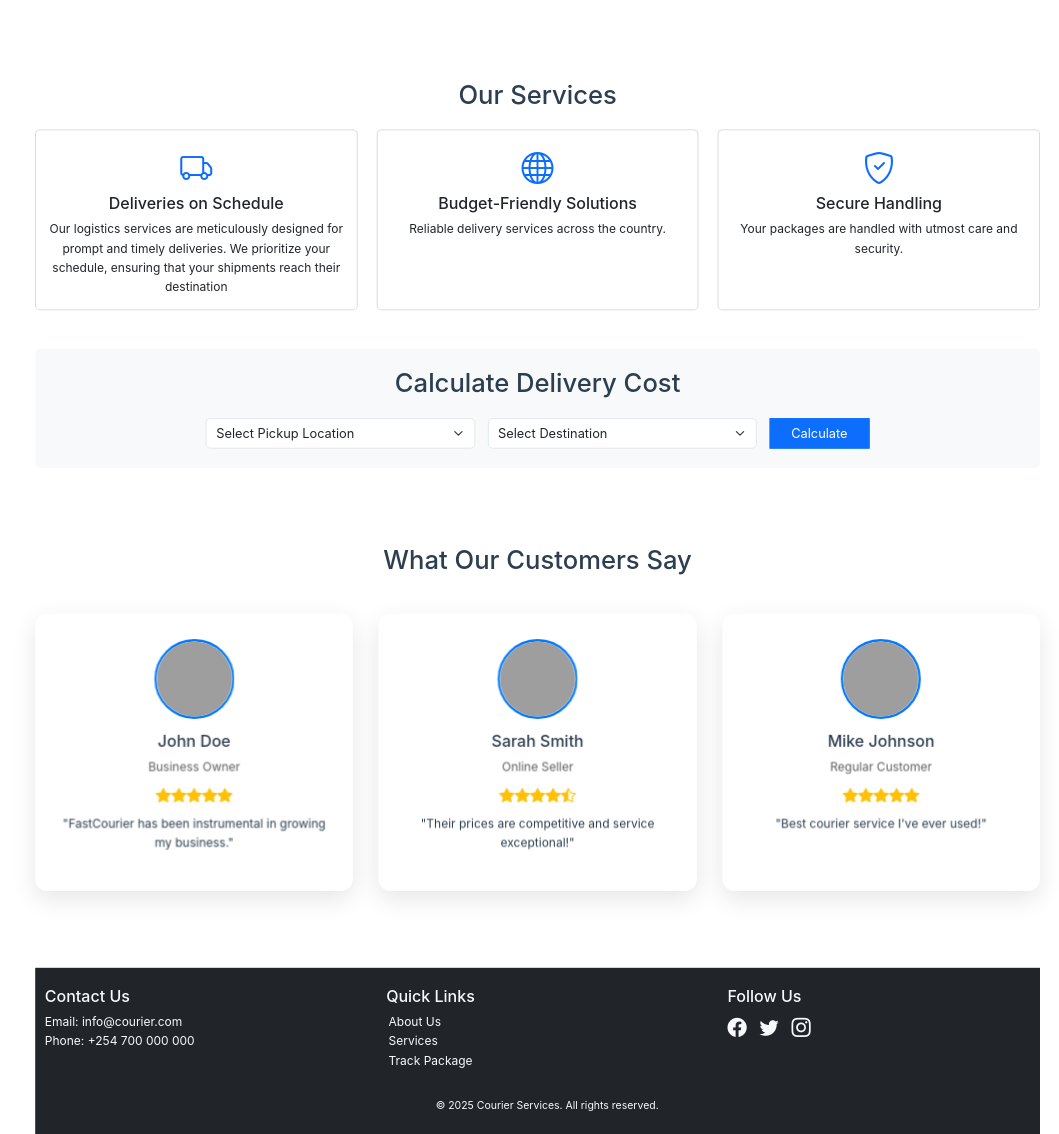
Repository: stancillous/package-yangu-logistics
Page: /
These files come from the project's save history. The page is drawn as it stood at one moment and after a run of saves; the edit follows.
The browser window is 1280 px wide. The page is 1324 px wide, so the pictures cover 1324 px, including what lies to the right of the window. The pictures show the part of the page from y = 676 to 2094 px (the page is 2094 px tall), at 80% of full size.
Pictures or frames that could not be fetched are drawn as grey boxes. The project was rebuilt for these pictures with package versions that can differ from the ones it lists, and the page was loaded fresh each time. Also part of the build but not shown: vite.config.ts.

Above is the page before, as saved 2025-01-31 14:09:17.

After the next 3 saves:
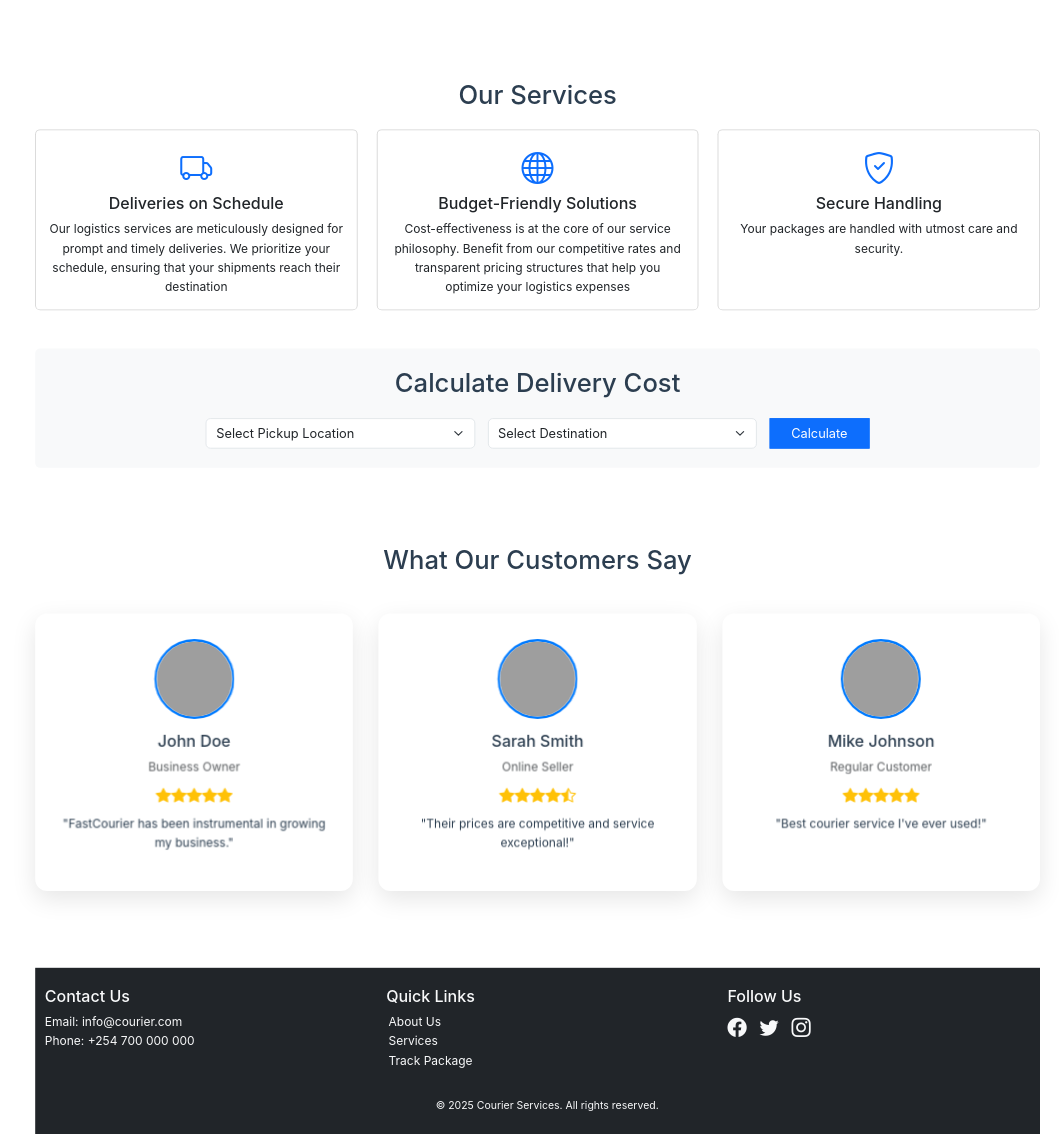
The 3 saves are shown as one change because they came seconds apart.
The last was saved 7 s later.
--- a/src/views/Index.vue
+++ b/src/views/Index.vue
@@ -51,7 +51,7 @@
                 <div class="card-body text-center">
                   <i class="bi bi-globe fs-1 text-primary mb-3"></i>
                   <h5 class="card-title">Budget-Friendly Solutions</h5>
-                  <p class="card-text">Reliable delivery services across the country.</p>
+                  <p class="card-text">Cost-effectiveness is at the core of our service philosophy. Benefit from our competitive rates and transparent pricing structures that help you optimize your logistics expenses</p>
                 </div>
               </div>
             </div>
